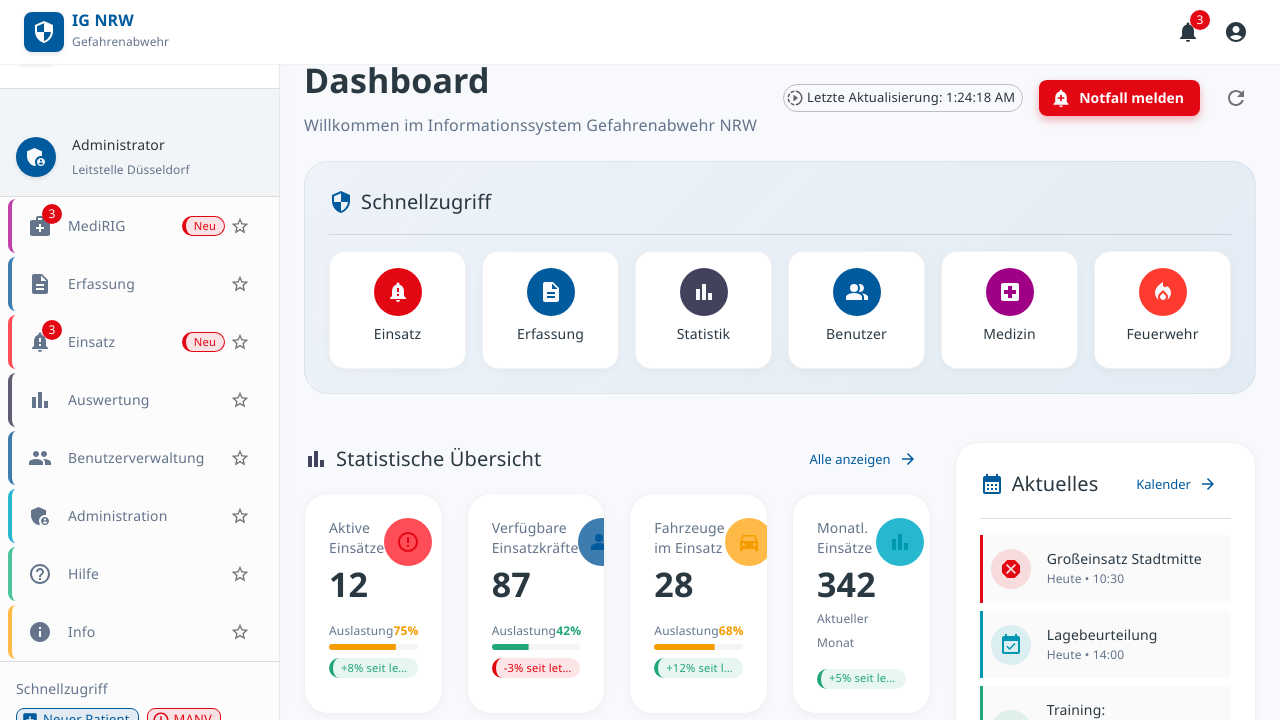
Repository: bynrw/sidebar
Page: /
The author's editor kept a copy of each file at every save. The page is drawn from the files as they stood at one save, then again after the next save.
The browser window is 1280 px wide. The pictures show the whole page.
An inner scrolling area shows only its first screen. The project was rebuilt for these pictures with package versions that can differ from the ones it lists, and the page was loaded fresh each time.

Above is the page before, as saved 2025-04-21 04:29:40.

After the next save:
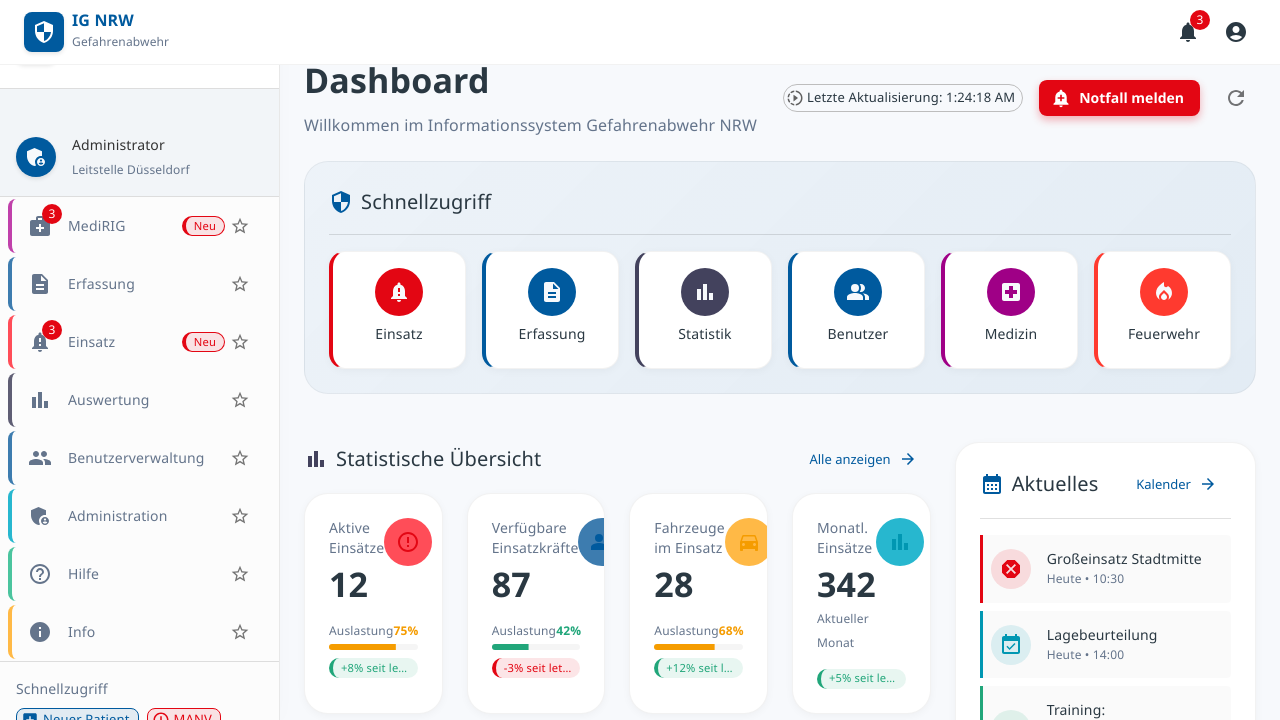
Saved 79 s later.
--- a/src/components/pages/HomePage.js
+++ b/src/components/pages/HomePage.js
@@ -448,6 +448,7 @@ function HomePage() {
                   title="Einsatz"
                   path="/einsatz"
                   color="error"
+                  borderStyle={{ borderLeft: `4px solid ${theme.palette.error.main}` }}
                 />
               </Grid>
               <Grid item xs={6} sm={3} md={2}>
@@ -456,6 +457,7 @@ function HomePage() {
                   title="Erfassung"
                   path="/erfassung"
                   color="primary"
+                  borderStyle={{ borderLeft: `4px solid ${theme.palette.primary.main}` }}
                 />
               </Grid>
               <Grid item xs={6} sm={3} md={2}>
@@ -464,6 +466,7 @@ function HomePage() {
                   title="Statistik"
                   path="/auswertung/statistiken"
                   color="secondary"
+                  borderStyle={{ borderLeft: `4px solid ${theme.palette.secondary.main}` }}
                 />
               </Grid>
               <Grid item xs={6} sm={3} md={2}>
@@ -472,6 +475,7 @@ function HomePage() {
                   title="Benutzer"
                   path="/benutzerverwaltung"
                   color="primary"
+                  borderStyle={{ borderLeft: `4px solid ${theme.palette.primary.main}` }}
                 />
               </Grid>
               <Grid item xs={6} sm={3} md={2}>
@@ -480,6 +484,7 @@ function HomePage() {
                   title="Medizin"
                   path="/erfassung/sirene"
                   color="medical"
+                  borderStyle={{ borderLeft: `4px solid ${theme.palette.medical.main}` }}
                 />
               </Grid>
               <Grid item xs={6} sm={3} md={2}>
@@ -488,6 +493,7 @@ function HomePage() {
                   title="Feuerwehr"
                   path="/einsatz/planung"
                   color="fire"
+                  borderStyle={{ borderLeft: `4px solid ${theme.palette.fire.main}` }}
                 />
               </Grid>
             </Grid>
